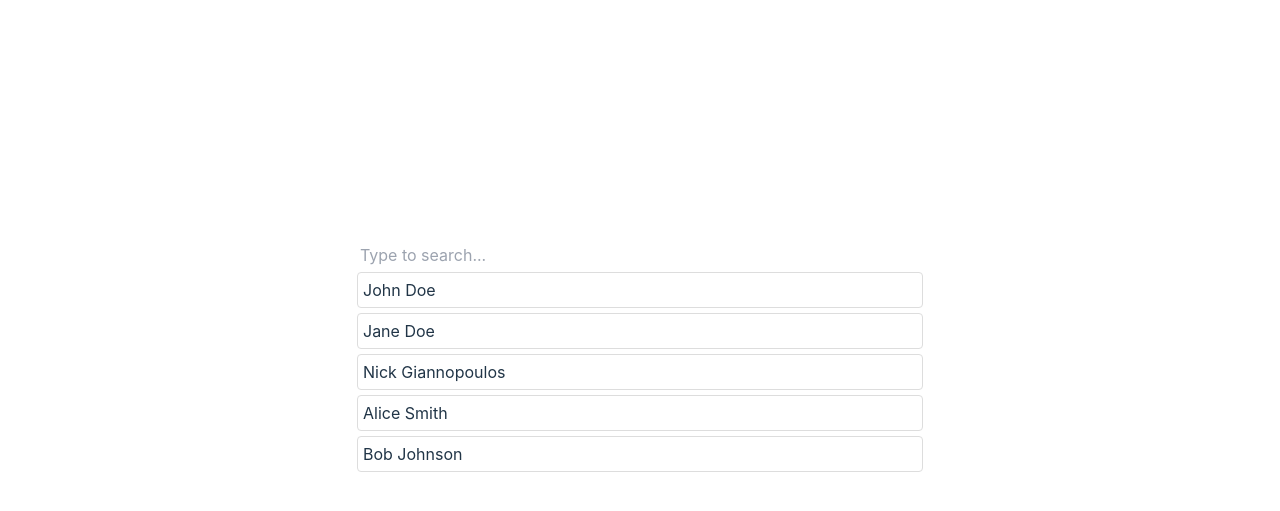
Repository: Ayansaxena24/Chip
Page: /
An editor plug-in stored every save of this project. The page is shown before and after the next save, followed by the edit.
The browser window is 1280 px wide. The pictures show the whole page.
Some web libraries are served in a nearby version. The project was rebuilt for these pictures with package versions that can differ from the ones it lists, and the page was loaded fresh each time. Also part of the build but not shown: vite.config.ts.

Above is the page before, as saved 2024-01-16 03:24:09.

### index.html
<!doctype html>
<html lang="en">
  <head>
    <meta charset="UTF-8" />
    <link rel="icon" type="image/svg+xml" href="/vite.svg" />
    <meta name="viewport" content="width=device-width, initial-scale=1.0" />
    <script src="https://cdn.tailwindcss.com"></script>    <title>Vite + React + TS</title>
  </head>
  <body>
    <div id="root"></div>
    <script type="module" src="/src/main.tsx"></script>
  </body>
</html>

### src/App.tsx
import { BrowserRouter as Router, Routes, Route } from 'react-router-dom'
import ChipInput from './chipInput'

const App = () => {
  return (
    <Router>
      <Routes>
      <Route path="/" element={<ChipInput />} />
      </Routes>
    </Router>
  )
}

export default App

### src/ChipInput.tsx
// ChipInput.tsx

import React, {
  useState,
  useRef,
  useEffect,
  KeyboardEvent,
  ChangeEvent,
} from "react";
import "./ChipInput.css"; // Import your CSS file (e.g., TailwindCss/SCSS)

interface Chip {
  id: number;
  label: string;
}

const ChipInput: React.FC = () => {
  const [inputValue, setInputValue] = useState<string>("");
  const [chips, setChips] = useState<Chip[]>([]);
  const [filteredItems, setFilteredItems] = useState<string[]>([]);
  const inputRef = useRef<HTMLInputElement>(null);

  const items = [
    "John Doe",
    "Jane Doe",
    "Nick Giannopoulos",
    "Alice Smith",
    "Bob Johnson",
  ];

  useEffect(() => {
    setFilteredItems(
      items.filter((item) => !chips.find((chip) => chip.label === item))
    );
  }, [chips]);

  const handleInputChange = (e: ChangeEvent<HTMLInputElement>) => {
    const value = e.target.value;
    setInputValue(value);

    if (value.trim() === "" && chips.length > 0) {
      highlightLastChip();
    } else {
      setFilteredItems(
        items.filter((item) => item.toLowerCase().includes(value.toLowerCase()))
      );
    }
  };

  const handleChipClick = (item: string) => {
    setChips((prevChips) => [...prevChips, { id: Date.now(), label: item }]);
    setInputValue("");
  };

  const handleChipRemove = (id: number) => {
    setChips((prevChips) => prevChips.filter((chip) => chip.id !== id));
  };

  const handleInputKeyDown = (e: KeyboardEvent<HTMLInputElement>) => {
    if (e.key === "Backspace" && inputValue === "" && chips.length > 0) {
      e.preventDefault();
      const lastChip = chips[chips.length - 1];
      handleChipRemove(lastChip.id);
    }
  };

  const highlightLastChip = () => {
    const lastChip = document.querySelector(".chip:last-child");
    if (lastChip) {
      lastChip.classList.add("highlighted");
    }
  };

  return (
    <div className="w-screen flex justify-center items-center">
      <div className="flex flex-col w-[80vh]">
        <div className="flex flex-wrap">
          {chips.map((chip) => (
            <div
              key={chip.id}
              className="bg-[#037bfc] text-white rounded-md m-[5px] pr-[30px] pl-[10px] py-[12px] cursor-pointer flex items-center relative"
              onClick={() => handleChipRemove(chip.id)}
            >
              {chip.label}
              <span className="hover:border-white hover:bg-red-600 hover:border-2 hover:rounded-md px-1 mx-2 absolute right-0">X</span>
            </div>
          ))}
          <input
            ref={inputRef}
            type="text"
            value={inputValue}
            onChange={handleInputChange}
            onKeyDown={handleInputKeyDown}
            placeholder="Type to search..."
            className="rounded-md px-2"
          />
        </div>
        <ul className="item-list">
          {filteredItems.map((item) => (
            <li key={item} onClick={() => handleChipClick(item)}>
              {item}
            </li>
          ))}
        </ul>
      </div>
    </div>
  );
};

export default ChipInput;

### src/ChipInput.css
/* ChipInput.css */

  .highlighted {
    background-color: #ffcc00;
  }

  .item-list {
    list-style: none;
    padding: 0;
    margin: 0;
  }

  .item-list li {
    cursor: pointer;
    padding: 5px;
    margin: 5px;
    border: 1px solid #ddd;
    border-radius: 4px;
  }

  .item-list li:hover {
    background-color: #f0f0f0;
  }

Loaded but not shown: src/main.tsx (common file); src/index.css (common file)

After the next save:
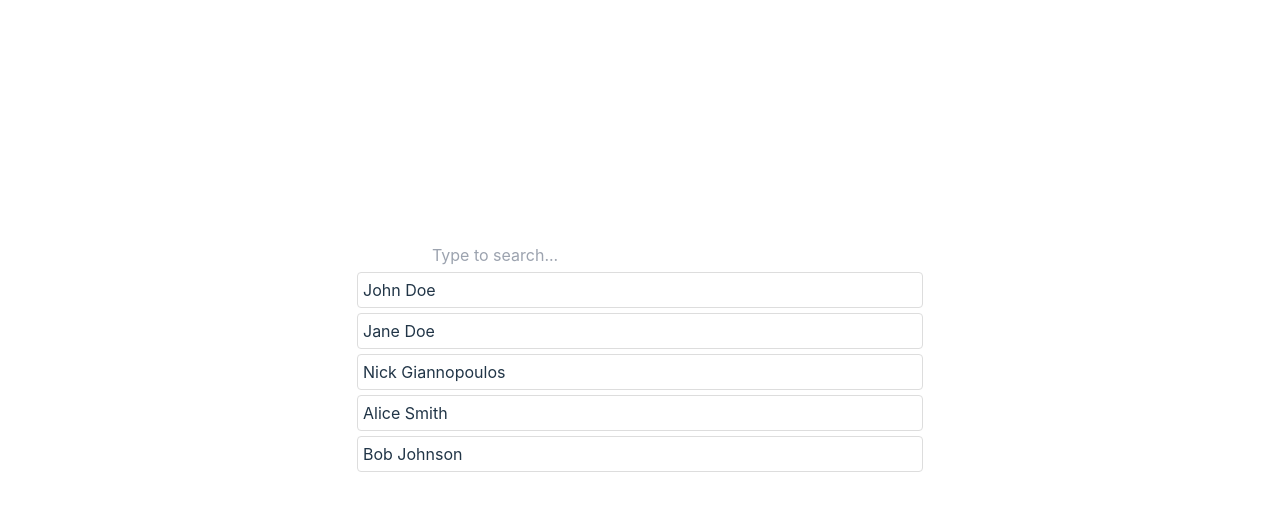
Saved 5 s later.
--- a/src/ChipInput.tsx
+++ b/src/ChipInput.tsx
@@ -92,7 +92,7 @@ const ChipInput: React.FC = () => {
             onChange={handleInputChange}
             onKeyDown={handleInputKeyDown}
             placeholder="Type to search..."
-            className="rounded-md px-2"
+            className="rounded-md px-20"
           />
         </div>
         <ul className="item-list">
